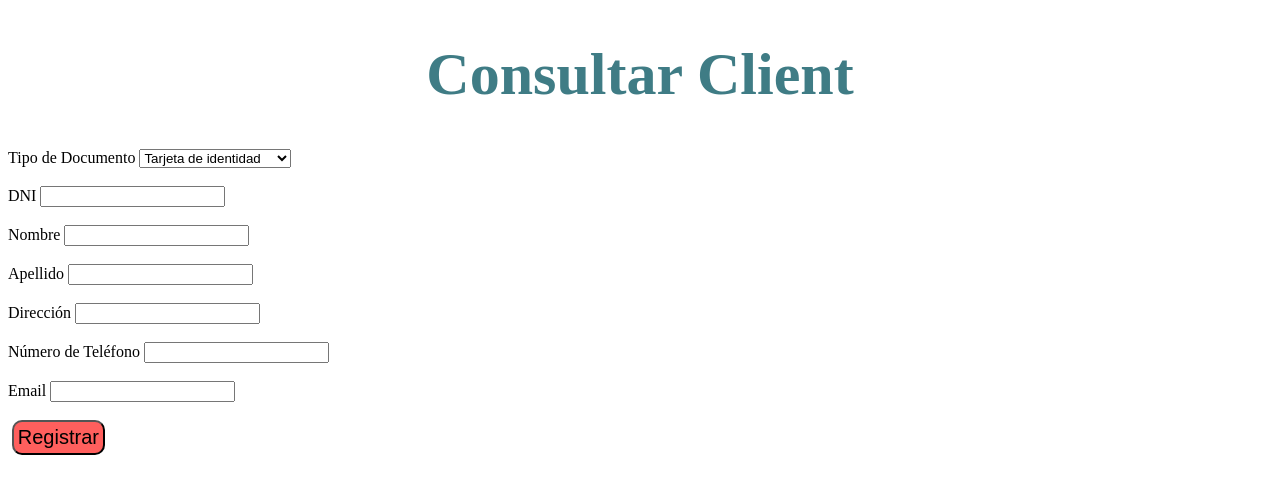
Repository: MCamilaM/app-web-register
Page: http://localhost/consultClient
The author's editor kept a record of every edit. The page is drawn from the files as they stood at one moment, then again after the next edit.
The browser window is 1280 px wide. The pictures show the whole page.
The page is served by the project's application, run on Flask 3 (server.py). Other server files are loaded and not shown.

Above is the page before.

### templates/consultClient.html
<!DOCTYPE html>
<html>
    <head>
        <meta http-equiv="content-type" content="text/html; charset=utf-8" />
        <title>Web App</title>
        <link rel="stylesheet" href="../static/css/styleConsult.css" type="text/css" media="all" />
        <script src="../static/js/appHome.js" type="text/javascript" charset="utf-8"></script>
    </head>
    <body>
    <h1>Consultar Client</h1>
      <form action="/register_user" method="post">

          <label for="lang">Tipo de Documento</label>
          <select name="typeDocument" id="lang">
            <option value="TI">Tarjeta de identidad</option>
            <option value="CC">Cédula de ciudadanía</option>
            <option value="CE">Cédula de extranjería</option>
            <option value="PA">Pasaporte</option>
          </select>
          <br><br>

         <label for="dni">DNI</label>
         <input type="number" id="dni" name="dni" required/><br><br>

         <label for="name">Nombre</label>
         <input type="text" id="name" name="name" required/><br><br>

         <label for="lastname">Apellido</label>
         <input type="text" id="lastname" name="lastname" required/><br><br>

         <label for="address">Dirección</label>
         <input type="text" id="address" name="address"/><br><br>

         <label for="phoneNumber">Número de Teléfono</label>
         <input type="number" id="phoneNumber" name="phoneNumber"/><br><br>

         <label for="email">Email</label>
         <input type="email" id="email" name="email"/><br><br>

         <button type="submit">Registrar</button>
      </form>
</body>
</html>

### controller/control.py
from flask import Flask, request, redirect, url_for, render_template, jsonify
from database.db import *
from entities.client import Client
import html
import json

def home_page_ctrl():
    return render_template("home.html")

def register_page_ctrl():
    return render_template("register.html")

def register_user_ctrl():
    dni = request.form["dni"]
    typeDocument = request.form["typeDocument"]
    name = request.form["name"]
    lastname = request.form["lastname"]
    address = request.form["address"]
    phoneNumber = request.form["phoneNumber"]
    email = request.form["email"]

    client = Client(dni, typeDocument, name, lastname, address, phoneNumber, email)

    try:
        save_client(client)
        message = "Cliente registrado exitosamente"
    except Error as e:
        message = f"Fallo al registrar cliente: {e}"

    return redirect(url_for('list_clients', message=message))

def consult_clients_ctrl():
    clients = get_clients()
    print(clients)
    message = request.args.get('message')
    print(message)
    # Generar la tabla HTML
    tabla = ""
    if message is not None:
        tabla += f"<script> alert('{message}'); </script>"

    tabla += f"<h1>Lista de Clientes</h1> <table border='1'><tr><th>ID</th><th>DNI</th><th>Tipo de Documento</th><th>Nombre</th><th>Apellido</th><th>Dirección</th><th>Número de Teléfono</th><th>Correo Electrónico</th></tr>"
    for client in clients:
        tabla += f"<tr><td>{client[0]}</td><td>{html.escape(client[1])}</td><td>{html.escape(client[2])}</td><td>{html.escape(client[3])}</td><td>{html.escape(client[4])}</td><td>{html.escape(client[5])}</td><td>{html.escape(client[6])}</td><td>{html.escape(client[7])}</td></tr>"

    tabla += "</table>"

    return tabla

def consult_client_ctrl():
    return render_template("consultClient.html")

def get_client_id_ctrl():

    data = request.get_json()
    dni = data['dni']

    if not dni:
        return "No se proporcionó el DNI"

    result = get_client_id(dni)

    if result:

        # client = Client(
        #     dni=result['DNI'],
        #     typeDocument=result['typeDocument'],
        #     name=result['name'],
        #     lastname=result['lastname'],
        #     address=result['address'],
        #     phoneNumber=result['phoneNumber'],
        #     email=result['email']
        # )


        dni= result[0]
        print("dfdfsdf")
        print(dni)


    if result:
        return jsonify({"cliente": result})
    else:
        return jsonify({"error": "Cliente no encontrado"})

### routes/route.py
from controller.control import *
from server import app

@app.route("/")
def home():
    return home_page_ctrl()

@app.route("/register_page")
def register_page():
    return register_page_ctrl()

@app.route("/register_user", methods=["post"])
def register_user():
    return register_user_ctrl()

@app.route("/clients", methods=["GET"])
def list_clients():
    return consult_clients_ctrl()

@app.route("/consultClient", methods=["get"])
def consult_client():
    return consult_client_ctrl()

@app.route("/consultClientId", methods=["post"])
def consult_client_id():
    return get_client_id_ctrl()

### server.py
from flask import Flask, request, redirect, url_for, render_template

app = Flask(__name__)

from routes.route import *

if __name__ == "__main__":
    host = "127.0.0.1"
    port = "80"
    app.run(host, port)

### static/css/styleConsult.css
h1 {
    text-align: center;
    font-size: 60px;
    color: #3F7C85;
}

button {
    font-size: 20px;
    background-color: #FF5F5D;
    color: black;
    border-radius: 10px;
    padding: 4px;
    margin-left: 0.3%;
    margin-right: 0.3%;
}

.consult {
    text-align: center;
    justify-content: center;
    display: flex;
    align-items: center;
}

.input-group {
    display: flex;
    align-items: center;
}

.input-group input {
    margin-right: 10px; /* Ajusta el espacio entre el input y el botón */
}

.cliente-info {
    justify-content: center;
    text-align: center;
    background-color: #f0f0f0; /* Color de fondo gris claro */
    border-radius: 10px; /* Bordes redondeados */
    padding: 20px; /* Espacio interior del div */
    box-shadow: 0 4px 8px rgba(0, 0, 0, 0.1); /* Sombra para darle un efecto de tarjeta */
    width: 300px; /* Ancho de la tarjeta */
    max-width: 90%; /* Asegura que no se salga de la pantalla en dispositivos pequeños */
}

### static/js/appHome.js
function registerPage(){
    window.location = "/register_page"
}
function consultAllPage(){
   window.location = "/clients"
}

function consultClient(){
   window.location = "/consultClient"
}

After the next edit:
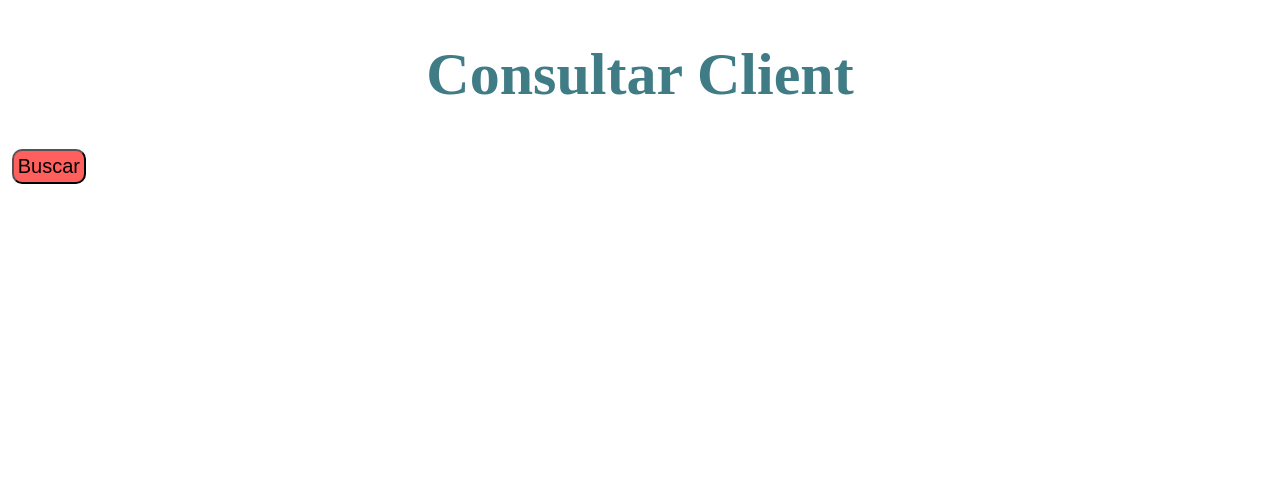
The edit:
--- a/templates/consultClient.html
+++ b/templates/consultClient.html
@@ -10,34 +10,7 @@
     <h1>Consultar Client</h1>
       <form action="/register_user" method="post">
 
-          <label for="lang">Tipo de Documento</label>
-          <select name="typeDocument" id="lang">
-            <option value="TI">Tarjeta de identidad</option>
-            <option value="CC">Cédula de ciudadanía</option>
-            <option value="CE">Cédula de extranjería</option>
-            <option value="PA">Pasaporte</option>
-          </select>
-          <br><br>
-
-         <label for="dni">DNI</label>
-         <input type="number" id="dni" name="dni" required/><br><br>
-
-         <label for="name">Nombre</label>
-         <input type="text" id="name" name="name" required/><br><br>
-
-         <label for="lastname">Apellido</label>
-         <input type="text" id="lastname" name="lastname" required/><br><br>
-
-         <label for="address">Dirección</label>
-         <input type="text" id="address" name="address"/><br><br>
-
-         <label for="phoneNumber">Número de Teléfono</label>
-         <input type="number" id="phoneNumber" name="phoneNumber"/><br><br>
-
-         <label for="email">Email</label>
-         <input type="email" id="email" name="email"/><br><br>
-
-         <button type="submit">Registrar</button>
+         <button type="submit">Buscar</button>
       </form>
 </body>
 </html>
